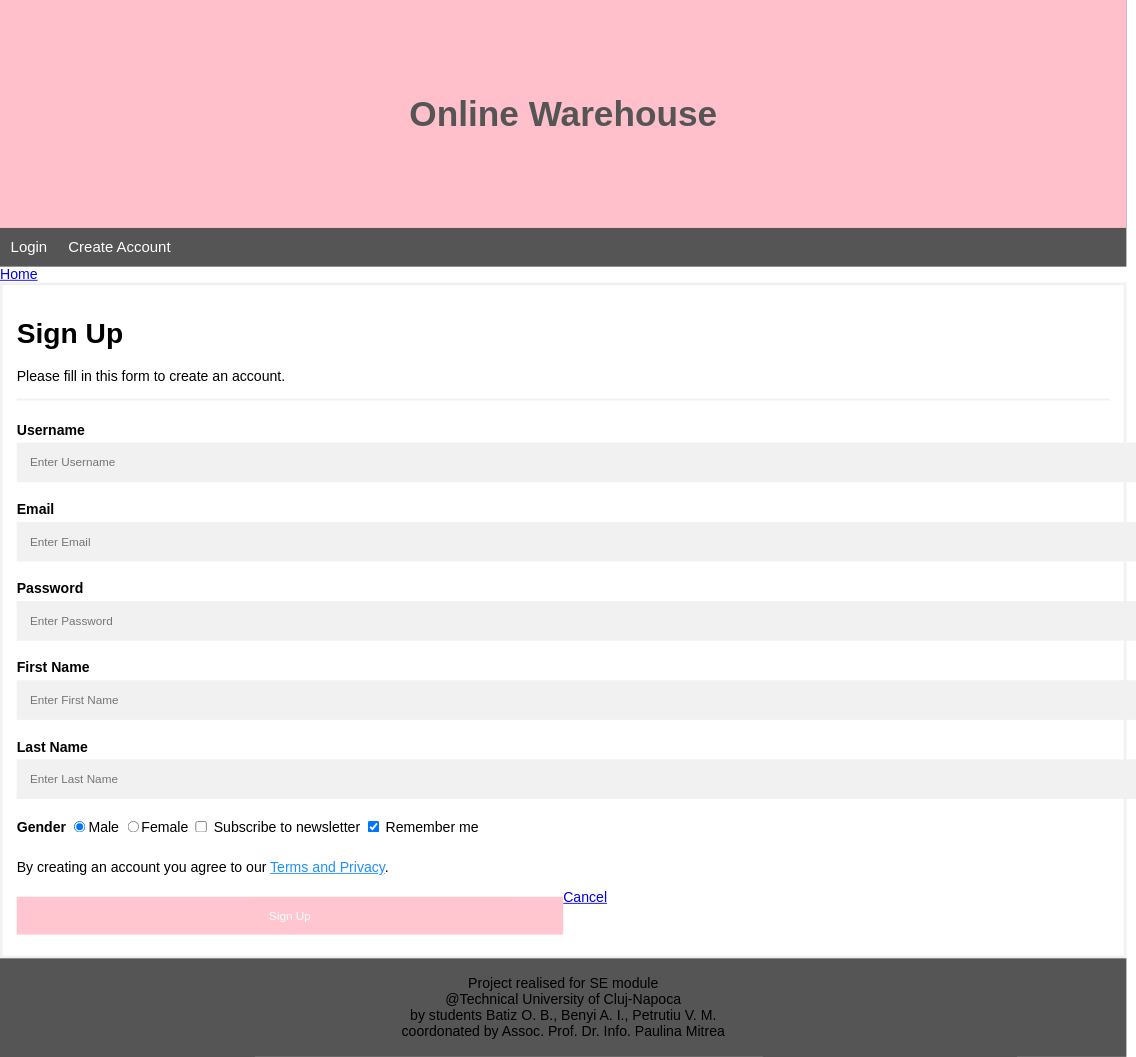
Repository: orsi-batiz/SEwithJSP
Page: http://localhost/OnlineWarehouse/createAccount.jsp
These files come from the project's save history. The page is drawn as it stood at one moment and after the next save; the edit follows.
The browser window is 1280 px wide. The page is 1291 px wide, so the pictures cover 1291 px, including what lies to the right of the window. The pictures show the whole page, at 88% of full size.
The page is served by Tomcat 9.

Above is the page before, as saved 2019-01-16 21:52:55.

After the next save:
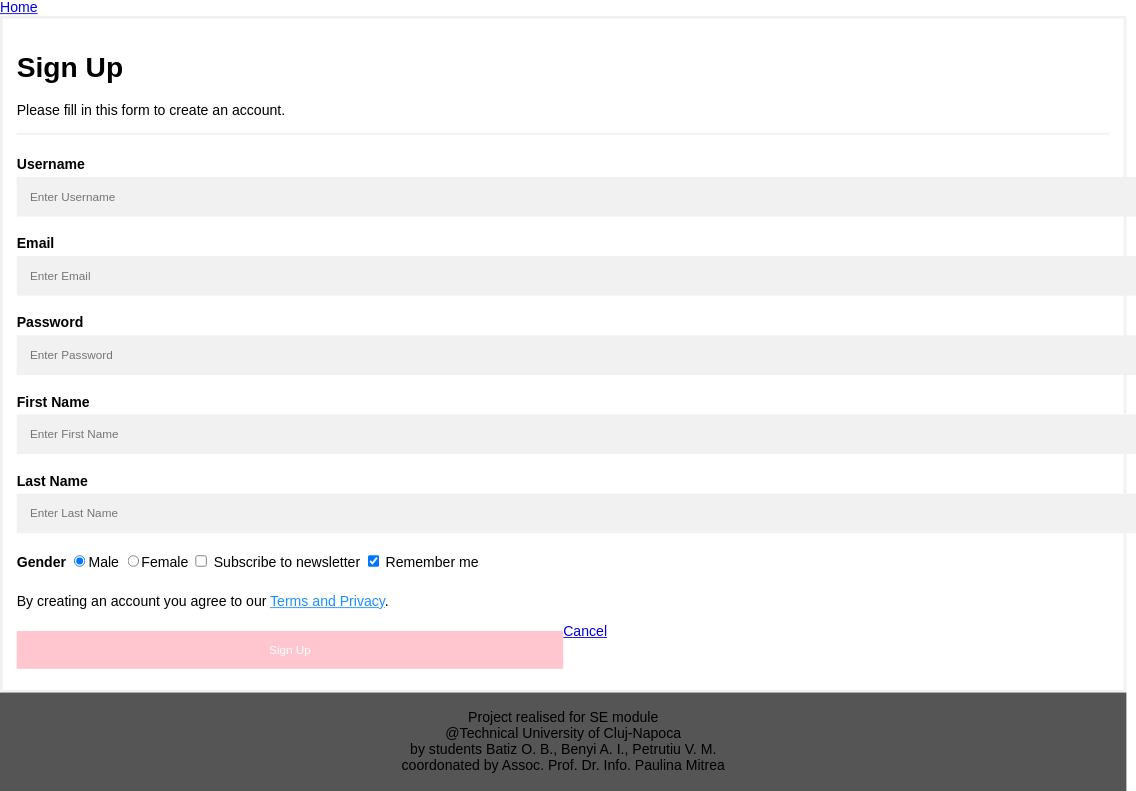
Saved 92 s later.
--- a/OnlineWarehouse/OnlineWarehouse/WebContent/createAccount.jsp
+++ b/OnlineWarehouse/OnlineWarehouse/WebContent/createAccount.jsp
@@ -80,7 +80,6 @@ button:hover {
 </style>
 </head>
 <body>
-<jsp:include page="header.jsp" />
 <jsp:include page="menu.jsp" />
 
 <form action="createAccountServlet" method="post">
